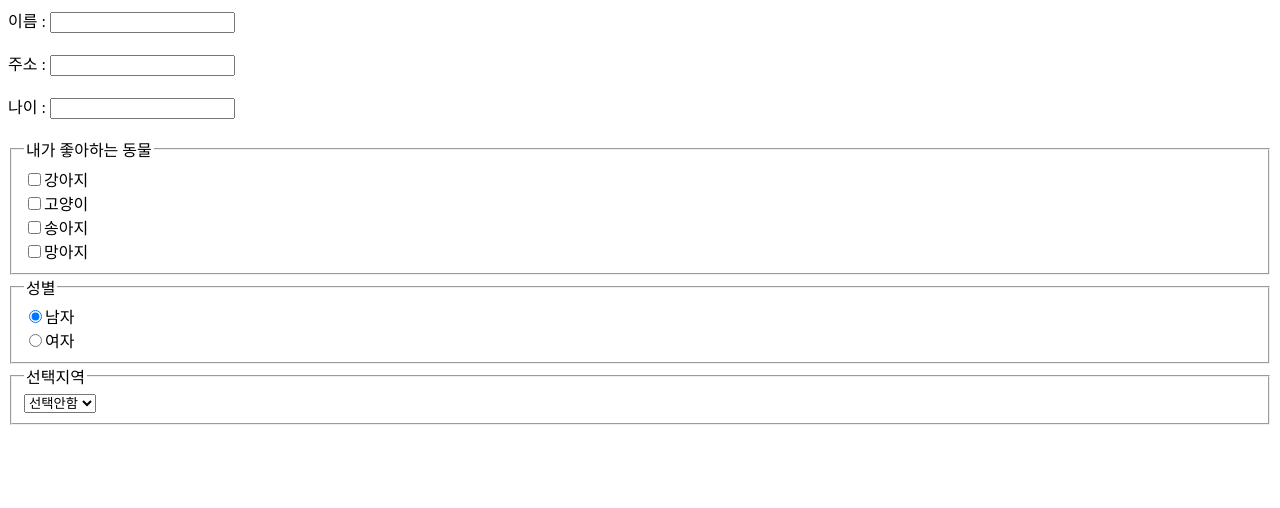
Repository: okgunyang/jsp
Page: practice01/WebContent/input.html
These files come from the project's save history. The page is drawn as it stood at one moment and after the next save; the edit follows.
The browser window is 1280 px wide. The pictures show the whole page.

Above is the page before, as saved 2022-10-17 07:06:37.

### practice01/WebContent/input.html
<!DOCTYPE html>
<html>
<head>
<meta charset="UTF-8">
<title>입력 데이터 처리와 주고 받기</title>
</head>
<body>
<form name="indata" action="test04.jsp" method="post">
	이름 : <input type="text" name="name"><br><br>
	주소 : <input type="text" name="addr"><br><br>
	나이 : <input type="number" name="age"><br><br>
	<fieldset>
		<legend>내가 좋아하는 동물</legend>
		<input type="checkbox" name="pet" value="dog" />강아지<br>
		<input type="checkbox" name="pet" value="cat" />고양이<br>
		<input type="checkbox" name="pet" value="cow" />송아지<br>
		<input type="checkbox" name="pet" value="horse" />망아지<br>
	</fieldset>
	<fieldset>
		<legend>성별</legend>
		<input type="radio" name="male" value="m" checked>남자 <br>
		<input type="radio" name="male" value="f">여자 <br>
	</fieldset>
	<fieldset>
		<legend>선택지역</legend>
		<select name="area">
			<option selected>선택안함</option>
			<option value="01">서울</option>
			<option value="02">대전</option>
			<option value="03">부산</option>
			<option value="04">광주</option>
		</select>
	</fieldset>
</form>
</body>
</html>

After the next save:
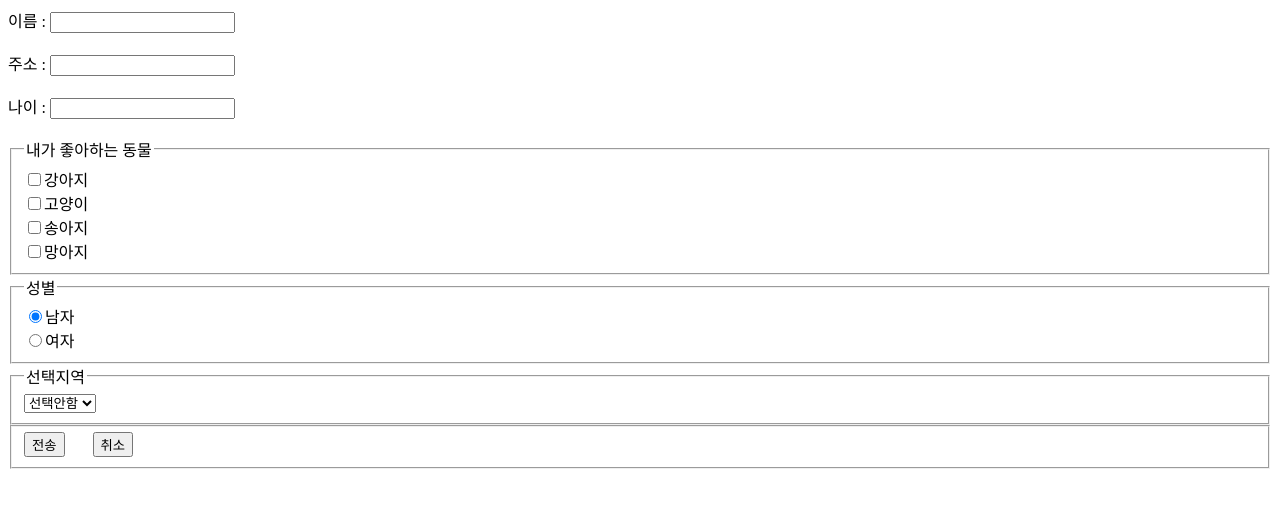
Saved 80 s later.
--- a/practice01/WebContent/input.html
+++ b/practice01/WebContent/input.html
@@ -31,6 +31,11 @@
 			<option value="04">광주</option>
 		</select>
 	</fieldset>
+	<fieldset>
+		<input type="submit" value="전송">
+		&nbsp; &nbsp; &nbsp;
+		<input type="reset" value="취소">
+	</fieldset>
 </form>
 </body>
 </html>
